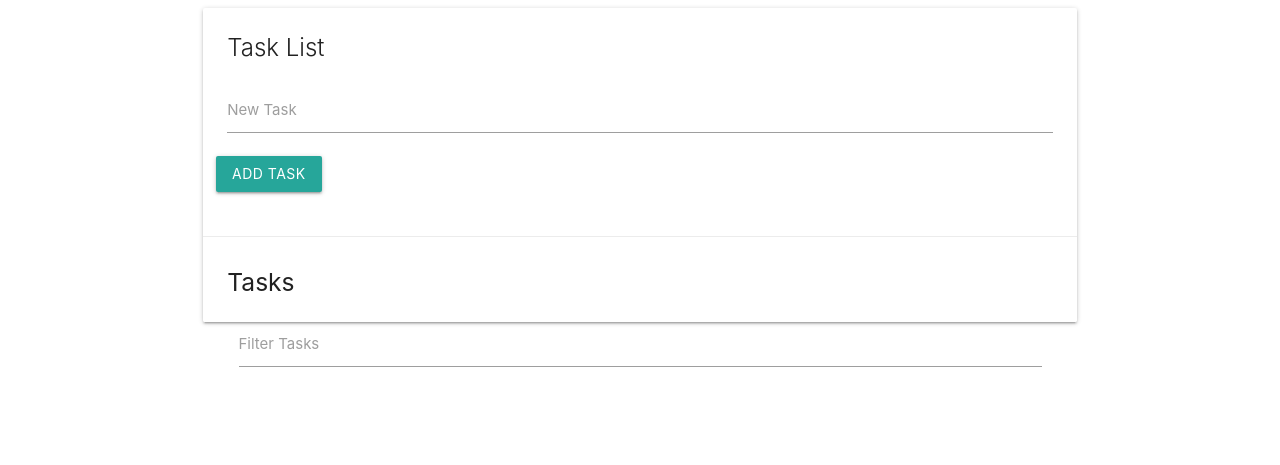
Repository: YasirGaji/Sandbox
Page: index.html
These files come from the project's save history. The page is drawn as it stood at one moment and after the next save; the edit follows.
The browser window is 1280 px wide. The pictures show the whole page.

Above is the page before, as saved 2021-12-01 15:19:54.

### index.html
<!DOCTYPE html>
<html lang="en">
<head>
  <meta charset="UTF-8">
  <meta http-equiv="X-UA-Compatible" content="IE=edge">
  <meta name="viewport" content="width=device-width, initial-scale=1.0">

  <!-- Compiled and minified CSS -->
  <link rel="stylesheet" href="https://cdnjs.cloudflare.com/ajax/libs/materialize/1.0.0/css/materialize.min.css">

  <link rel="stylesheet" href="https://cdn.jsdelivr.net/npm/@fortawesome/fontawesome-free@5.15.4/css/fontawesome.min.css" integrity="sha384-jLKHWM3JRmfMU0A5x5AkjWkw/EYfGUAGagvnfryNV3F9VqM98XiIH7VBGVoxVSc7" crossorigin="anonymous">

  <title>Task List</title>
</head>
<body>
  <div class="container">
    <div class="row">
      <div class="col s12">
        <div id="main" class="card">
          <div class="card-content">
            <span class="card-title">Task List</span>
            <div class="row">
              <form id="task-form">
                <div class="input-field col s12">
                  <input type="text" name="task" id="task">
                  <label for="task">New Task</label>
                </div>
                <input type="submit" value="Add Task" class="btn">
              </form>
            </div>
          </div>

          <div class="card-action">
            <h5 id="task-title">Tasks</h5>
            <div class="input-field col s12">
              <input type="text" name="filter" id="filter">
              <label for="filter">Filter Tasks</label>
            </div>
          </div>
        </div>
      </div>
    </div>
  </div>

  <script
  src="https://code.jquery.com/jquery-3.6.0.js"
  integrity="sha256-H+K7U5CnXl1h5ywQfKtSj8PCmoN9aaq30gDh27Xc0jk="
  crossorigin="anonymous"></script>

  <!-- Compiled and minified JavaScript -->
  <script src="https://cdnjs.cloudflare.com/ajax/libs/materialize/1.0.0/js/materialize.min.js"></script>

  <script src="/app.js"></script>
</body>
</html>

Loaded but not shown: app.js (no stored copy; drawn as an empty file)

After the next save:
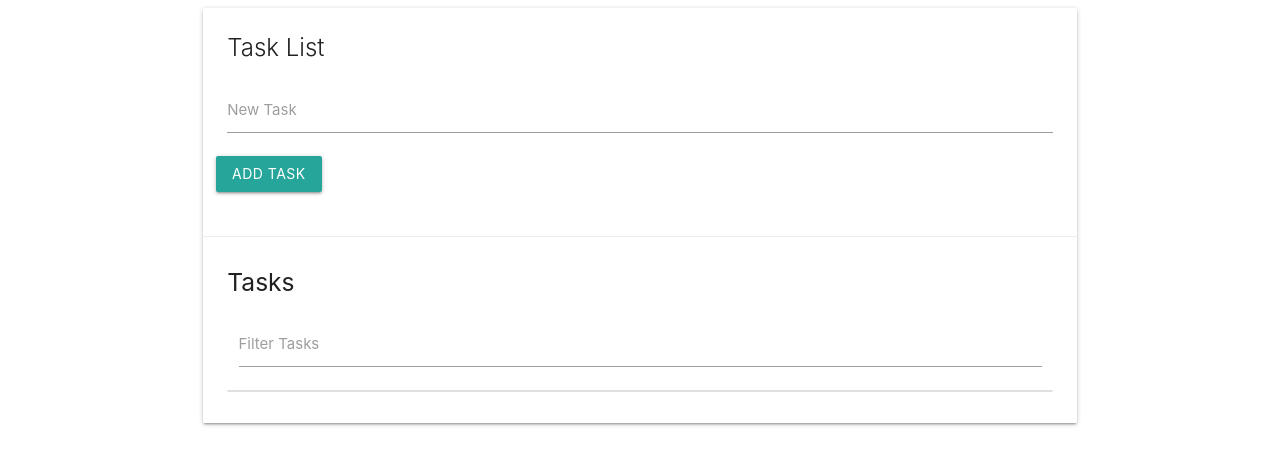
Saved 60 s later.
--- a/index.html
+++ b/index.html
@@ -36,6 +36,10 @@
               <input type="text" name="filter" id="filter">
               <label for="filter">Filter Tasks</label>
             </div>
+
+            <ul class="collection">
+
+            </ul>
           </div>
         </div>
       </div>
